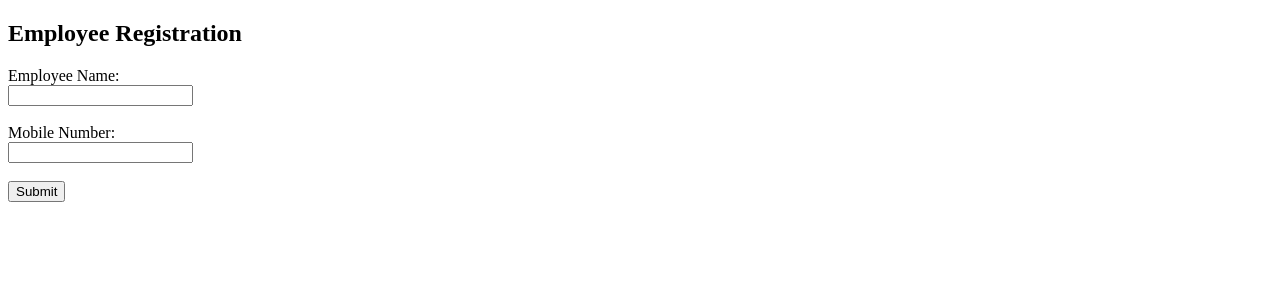
Repository: ydv-prince/JAVA-Full-Stack
Page: http://localhost/JDBC_DB/
The author's editor kept a copy of each file at every save. The page is drawn from the files as they stood at one save, then again after the next save.
The browser window is 1280 px wide. The pictures show the whole page.
The page is served by Tomcat 10. Other server files are loaded and not shown.

Above is the page before, as saved 2025-12-30 05:46:15.

### JDBC_DB/src/main/webapp/index.jsp
<%@ page language="java" contentType="text/html; charset=UTF-8"
    pageEncoding="UTF-8"%>
<!DOCTYPE html>
<html>
<head>
<meta charset="UTF-8">
<title>Employee Form</title>
</head>
<body>

<h2>Employee Registration</h2>

<form action="insert" method="get">
    <label>Employee Name:</label><br>
    <input type="text" name="ename" required><br><br>

    <label>Mobile Number:</label><br>
    <input type="text" name="mobile" required><br><br>

    <input type="submit" value="Submit">
</form>

</body>
</html>

After the next save:
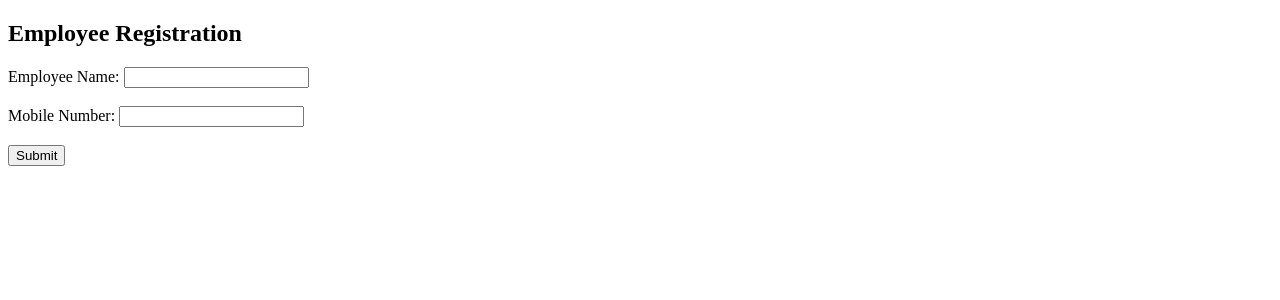
Saved 109 s later.
--- a/JDBC_DB/src/main/webapp/index.jsp
+++ b/JDBC_DB/src/main/webapp/index.jsp
@@ -11,10 +11,10 @@
 <h2>Employee Registration</h2>
 
 <form action="insert" method="get">
-    <label>Employee Name:</label><br>
+    <label>Employee Name:</label>
     <input type="text" name="ename" required><br><br>
 
-    <label>Mobile Number:</label><br>
+    <label>Mobile Number:</label>
     <input type="text" name="mobile" required><br><br>
 
     <input type="submit" value="Submit">
